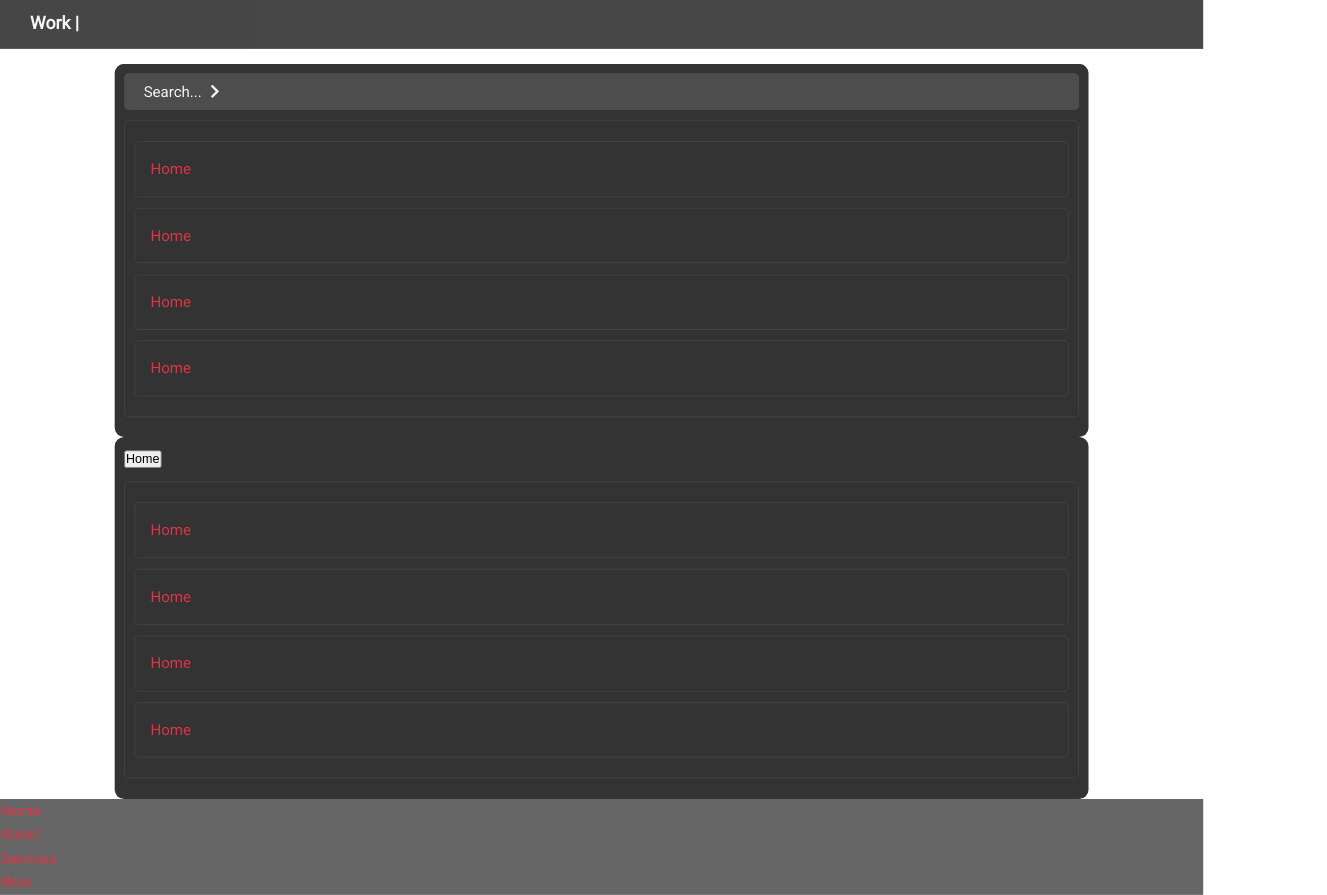
Repository: mxhdiqaim/lenviteck
Page: dist/index.html
These files come from the project's save history. The page is drawn as it stood at one moment and after the next save; the edit follows.
The browser window is 1280 px wide. The page is 1280 px wide, then 1412 px, then 1280 px, so the pictures cover 1412 px, including what lies to the right of the window. The pictures show the whole page, at 94% of full size.
Some web libraries are served in a nearby version. The style sheet was rebuilt from its Sass, Less or Tailwind sources for each picture, by a compiler version that may differ from the author's.

Above is the page before, as saved 2021-04-14 05:30:14.

After the next save:
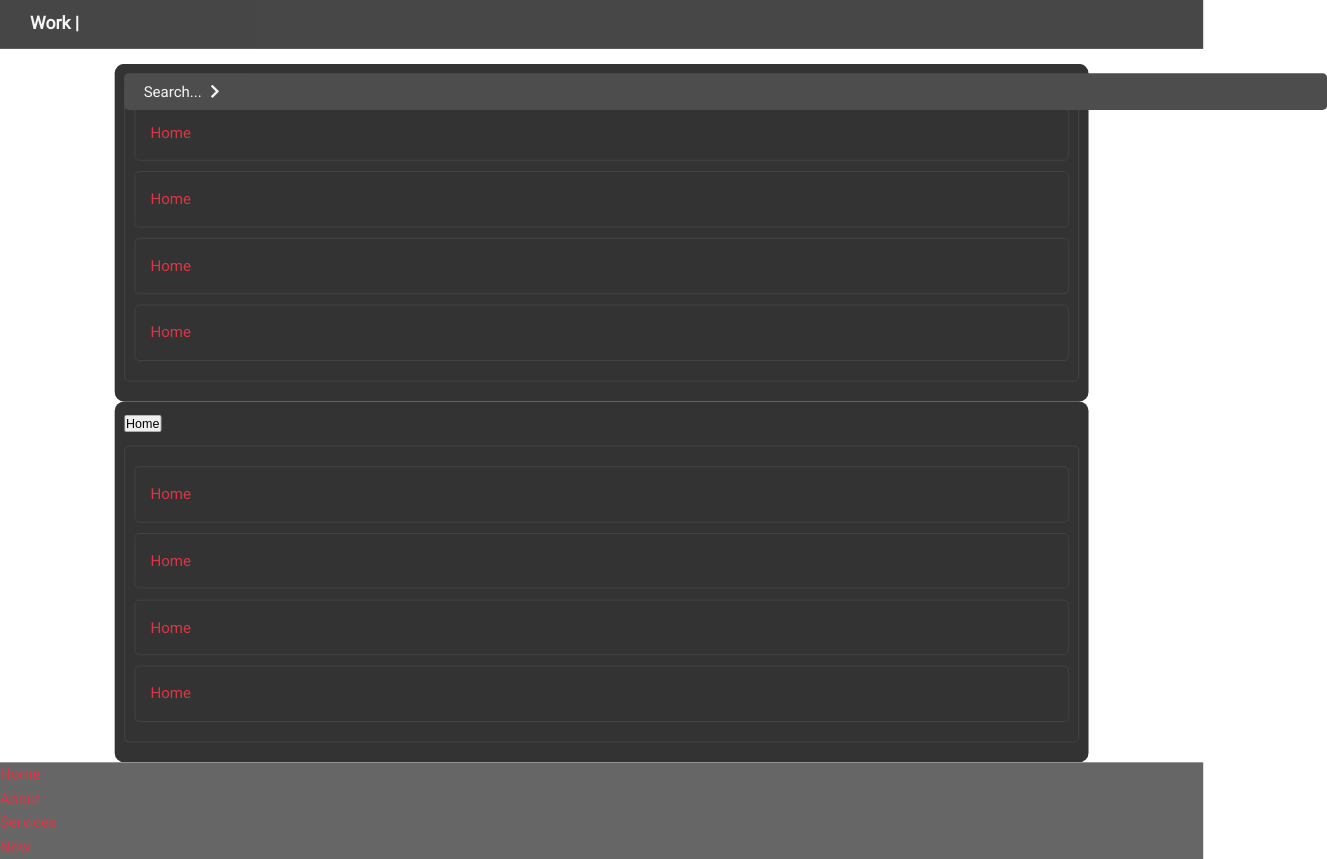
Saved 83 s later.
--- a/dist/styles/main.scss
+++ b/dist/styles/main.scss
@@ -99,6 +99,7 @@
   color: $light-color;
   display: block;
   width: 100%;
+  position: absolute;
 
   span {
     position: relative;

After the save that followed:
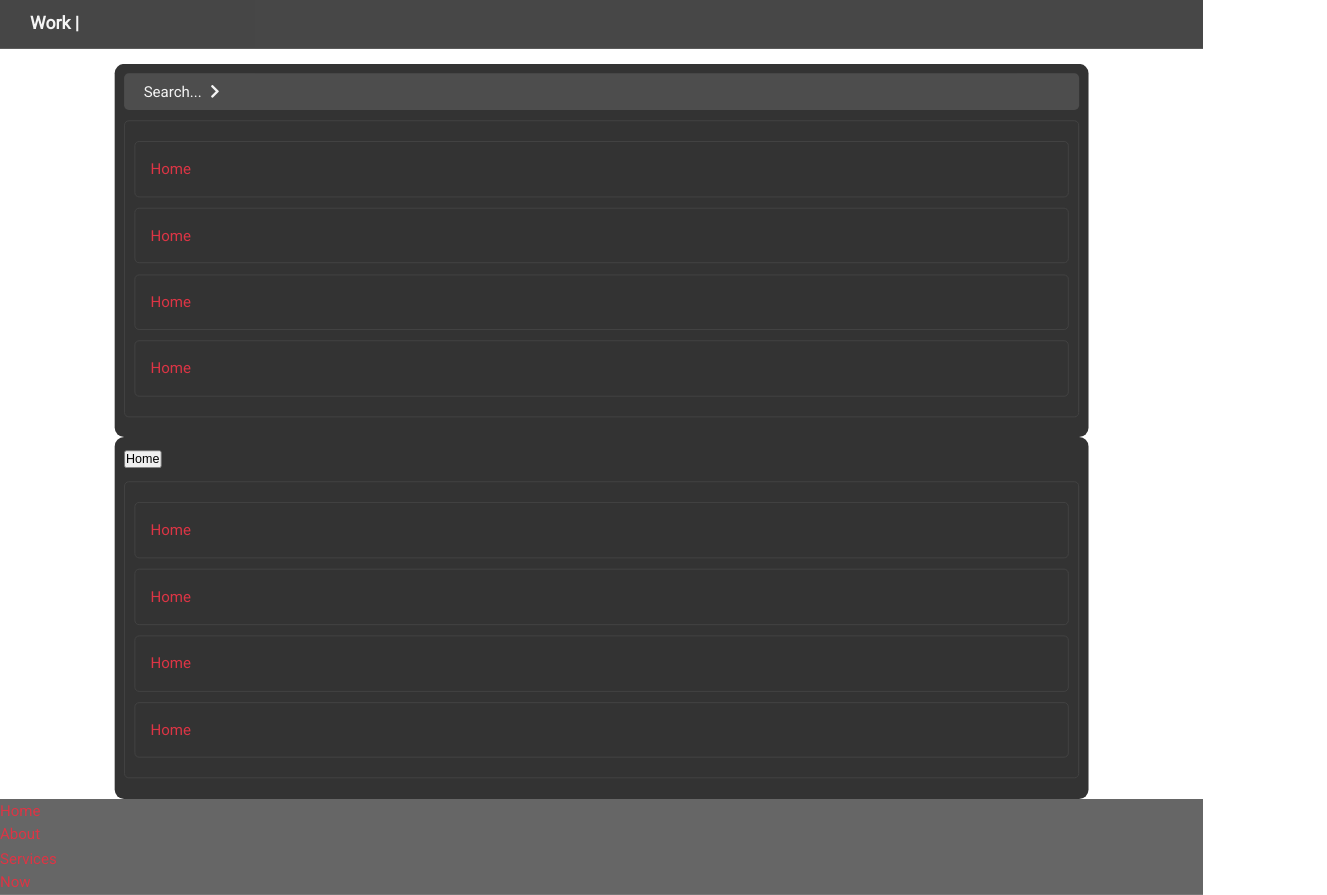
Saved 12 s later.
--- a/dist/styles/main.scss
+++ b/dist/styles/main.scss
@@ -99,7 +99,7 @@
   color: $light-color;
   display: block;
   width: 100%;
-  position: absolute;
+  position: relative;
 
   span {
     position: relative;
